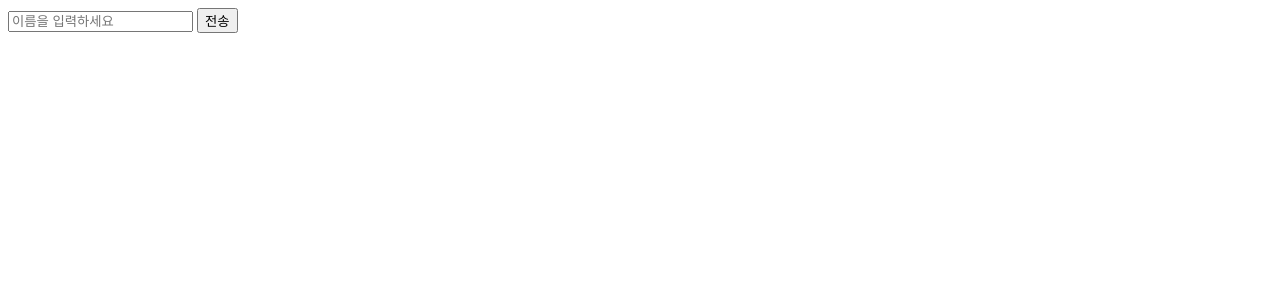
Repository: jiihyun12/jsp_study
Page: http://localhost/servlet/intro.jsp
The author's editor kept a copy of each file at every save. The page is drawn from the files as they stood at one save, then again after the next save.
The browser window is 1280 px wide. The pictures show the whole page.
The page is served by Tomcat 9. Other server files are loaded and not shown.

Above is the page before, as saved 2025-03-05 01:44:53.

### servlet/src/main/webapp/intro.jsp
<%@ page language="java" contentType="text/html; charset=UTF-8"
    pageEncoding="UTF-8"%>
<!DOCTYPE html>
<html>
<head>
<meta charset="UTF-8">
<title>Insert title here</title>
</head>
<body>
	<%-- <%
	for(int i = 0; i < 10; i++){
	%>
	<h1>안녕하세요</h1>
	<%
		}
	%> --%>

	<!--
		이름과 나이를 입력받아서
		나이와 만 나이를 서블리에서 계산 후 화면에 응답해주는 페이지 제작
		* 이름과 나이는 모두 유효성 검사 필수
	 -->

	<form method="post" action="home">
		<input name='name' placeholder="이름을 입력하세요" />
		<button>전송</button>
	</form>

</body>
<script type= 'text/javascript'>

</script>

</html>

After the next save:
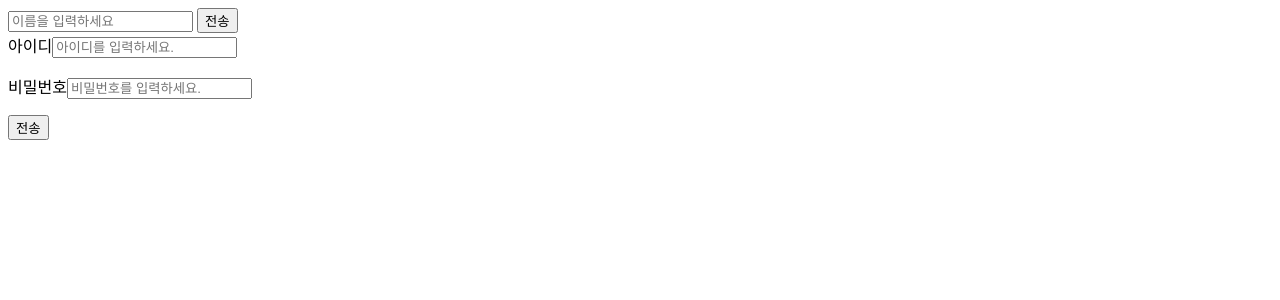
Saved 6 min 27 s later.
--- a/servlet/src/main/webapp/intro.jsp
+++ b/servlet/src/main/webapp/intro.jsp
@@ -21,13 +21,32 @@
 		* 이름과 나이는 모두 유효성 검사 필수
 	 -->
 
+
 	<form method="post" action="home">
 		<input name='name' placeholder="이름을 입력하세요" />
 		<button>전송</button>
 	</form>
 
-</body>
-<script type= 'text/javascript'>
+	<body>
+  		<form>
+    	<div>
+      		<span>아이디</span><input class="confirm" type="text" name="id" placeholder="아이디를 입력하세요." />
+    	</div>
+
+    	<p id="id-result"></p>
+
+    	<div>
+      		<span>비밀번호</span><input class="confirm" type="password" name="password" placeholder="비밀번호를 입력하세요." />
+    	</div>
+
+    	<p id="password-result"></p>
+    		<button type="button">전송</button>
+ 		</form>
+	</body>
+
+<script type= "text/javascript">
+
+
 
 </script>
 
